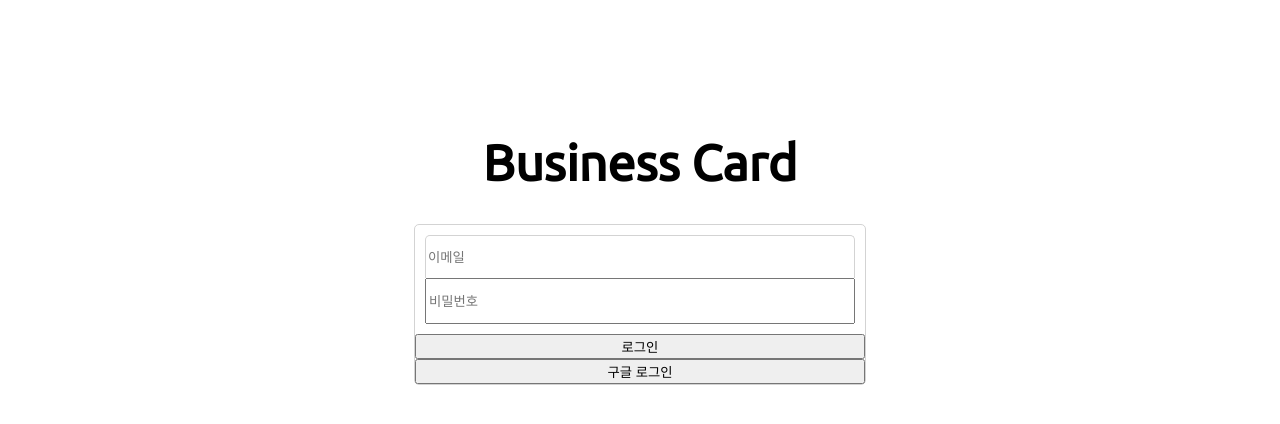
Repository: momo0170/react_businesscard
Page: /login
The author's editor kept a copy of each file at every save. The page is drawn from the files as they stood at one save, then again after the next save.
The browser window is 1280 px wide. The pictures show the whole page.
The page's requests for data from a server got no answer. The project was rebuilt for these pictures with package versions that can differ from the ones it lists, and the page was loaded fresh each time. No one was signed in, and anything a server would have sent is missing.

Above is the page before, as saved 2022-08-10 19:52:34.

After the next save:
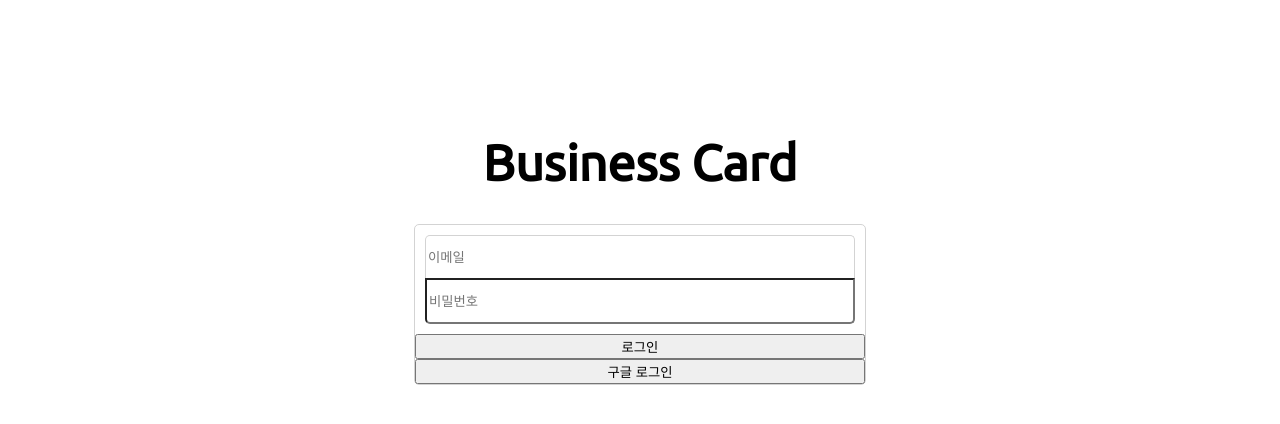
Saved 22 s later.
--- a/src/css/login.module.css
+++ b/src/css/login.module.css
@@ -37,6 +37,10 @@
   /* transform: translateY(1px); */
 }
 
+.password {
+  border-bottom-left-radius: 5px;
+  border-bottom-right-radius: 5px;
+}
 .login {
   display: flex;
   flex-direction: column;
